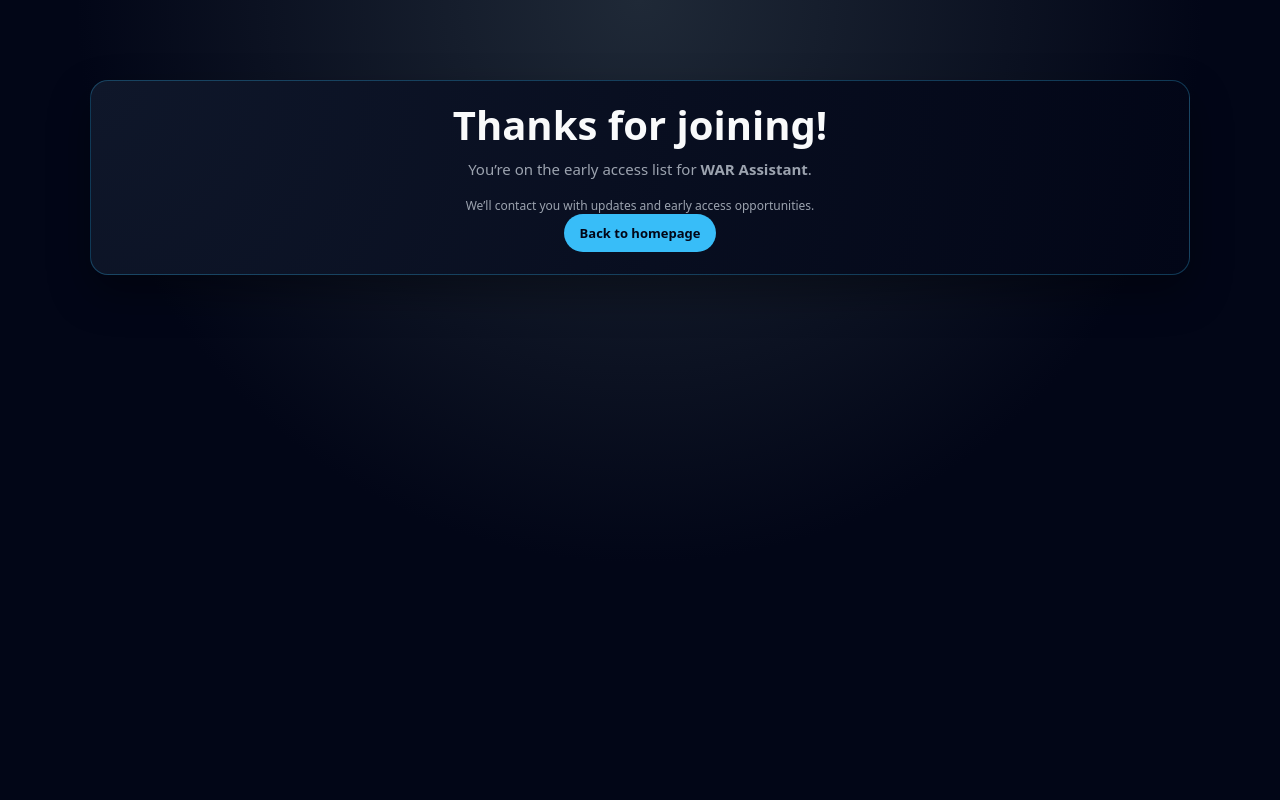
Repository: ggonzalezdal/war-assistant-landing-page
Page: thanks.html
These files come from the project's save history. The page is drawn as it stood at one moment and after the next save; the edit follows.
The browser window is 1280 px wide. The pictures show the whole page.

Above is the page before, as saved 2025-12-21 21:22:36.

### thanks.html
<!DOCTYPE html>
<html lang="en-US">
  <head>
    <meta charset="utf-8" />
    <meta name="viewport" content="width=device-width, initial-scale=1.0" />

    <title>Thanks — WAR Assistant</title>

    <meta
      name="description"
      content="Thanks for joining the WAR Assistant early access list."
    />

    <link rel="stylesheet" href="css/styles.css" />
  </head>

  <body>
    <main class="main">
      <section
        class="section section-cta"
        style="margin-top: 80px; text-align: center"
      >
        <h1>Thanks for joining!</h1>

        <p class="subhead">
          You’re on the early access list for <strong>WAR Assistant</strong>.
        </p>

        <p class="micro">
          We’ll contact you with updates and early access opportunities.
        </p>

        <a class="btn btn-primary" href="index.html"> Back to homepage </a>
      </section>
    </main>
  </body>
</html>

### css/styles.css
:root {
  --bg: #0b1017;
  --panel: #111827;
  --text: #f9fafb;
  --muted: #9ca3af;
  --border: rgba(148, 163, 184, 0.22);
  --accent: #38bdf8;
  --accent-soft: rgba(56, 189, 248, 0.14);
  --radius: 18px;
  --shadow: 0 18px 40px rgba(0, 0, 0, 0.35);
  --font: system-ui, -apple-system, Segoe UI, Roboto, sans-serif;
  --font-brand: "Exo 2", system-ui, sans-serif;
  --font-brand2: "Rajdhani", system-ui, sans-serif;

  --footer-h: 75px;
}

*,
*::before,
*::after {
  box-sizing: border-box;
}

body {
  margin: 0;
  min-height: 100vh;
  font-family: var(--font);
  color: var(--text);
  background: radial-gradient(circle at top, #1f2937, #020617 55%);
}

/* Layout */

.header,
.main,
.footer {
  width: min(1100px, calc(100% - 40px));
  margin: 0 auto;

  padding-bottom: calc(var(--footer-h) + 24px);
}

.header {
  display: flex;
  align-items: center;
  justify-content: space-between;
  padding: 18px 0;
}

.app-logo {
  display: flex;
  align-items: center;
  gap: 8px;
  font-size: 1.4rem;
  font-weight: 600;
}

.logo-icon {
  width: 100px; /* adjust size */
  height: 100px;
}

/* Container for logo text */
.logo-text {
  display: flex;
  flex-direction: column;
  line-height: 1.1;
}

/* Main brand name */
.logo-name {
  font-family: var(--font-brand);
  font-size: 1.35rem;
  font-weight: 600;
  letter-spacing: 0.4px;
  color: #fff;
}

/* Subtitle below */
.logo-subtitle {
  font-size: 0.75rem;
  font-weight: 400;
  font-family: var(--font-brand);
  color: var(--text-muted);
  margin-top: 2px;
}

.header-link {
  font-family: var(--font-brand2);

  text-decoration: none;
  color: var(--text);
  font-size: 13px;
  padding: 10px 14px;
  border: 1px solid var(--border);
  border-radius: 999px;
  transition: 0.15s ease;
}

.header-link:hover {
  background: rgba(15, 23, 42, 0.65);
}

/* Hero */

.hero {
  display: grid;
  grid-template-columns: minmax(0, 1.1fr) minmax(0, 0.9fr);
  gap: 22px;
  align-items: start;
  padding: 22px 0 14px;
}

h1 {
  margin: 0 0 10px;
  font-size: clamp(28px, 3.3vw, 40px);
  line-height: 1.1;
}

.subhead {
  margin: 0 0 16px;
  color: var(--muted);
  font-size: 15px;
  line-height: 1.6;
}

.bullets {
  margin: 0 0 18px;
  padding-left: 18px;
  color: var(--text);
}

.bullets li {
  margin: 10px 0;
  line-height: 1.5;
}

.cta-row {
  display: flex;
  gap: 10px;
  flex-wrap: wrap;
  margin-bottom: 10px;
}

.micro {
  font-size: 12px;
  color: var(--muted);
  margin: 10px 0 0;
}

/* Buttons */

.btn {
  border: none;
  border-radius: 999px;
  font-size: 13px;
  padding: 10px 16px;
  cursor: pointer;
  text-decoration: none;
  display: inline-flex;
  align-items: center;
  justify-content: center;
  transition: 0.15s ease;
}

.btn-primary {
  background: var(--accent);
  color: #020617;
  font-weight: 700;
}

.btn-primary:hover {
  filter: brightness(1.05);
  transform: translateY(-0.5px);
}

.btn-ghost {
  background: transparent;
  color: var(--muted);
  border: 1px solid rgba(148, 163, 184, 0.6);
}

.btn-ghost:hover {
  background: rgba(15, 23, 42, 0.65);
  color: var(--text);
}

/* Media */

.media-card {
  background: var(--panel);
  border: 1px solid var(--border);
  border-radius: var(--radius);
  box-shadow: var(--shadow);
  overflow: hidden;
}

.media-card img {
  width: 100%;
  height: auto;
  display: block;
}

.media-caption {
  padding: 10px 12px;
  font-size: 12px;
  color: var(--muted);
  border-top: 1px solid rgba(148, 163, 184, 0.12);
}

/* Image lightbox (screenshot zoom) */

.zoomable {
  cursor: zoom-in;
}

.zoomable:hover {
  filter: brightness(1.05);
}

.lightbox {
  position: fixed;
  inset: 0;
  background: rgba(2, 6, 23, 0.92);
  display: flex;
  align-items: center;
  justify-content: center;
  z-index: 9999;
  padding: 24px;
}

.lightbox.hidden {
  display: none;
}

.lightbox img {
  max-width: 100%;
  max-height: 100%;
  border-radius: 14px;
  box-shadow: 0 30px 80px rgba(0, 0, 0, 0.8);
  cursor: zoom-out;
}

/* Sections */

.section {
  padding: 26px 0;
}

.section h2 {
  margin: 0 0 10px;
  font-size: 20px;
  font-family: var(--font-brand2);
  letter-spacing: 0.3px;
}

.steps {
  display: grid;
  grid-template-columns: repeat(3, minmax(0, 1fr));
  gap: 14px;
}

.step {
  background: var(--panel);
  border: 1px solid var(--border);
  border-radius: var(--radius);
  box-shadow: var(--shadow);
  padding: 14px 14px 16px;
  display: flex;
  gap: 12px;
}

.step-number {
  width: 32px;
  height: 32px;
  border-radius: 10px;
  display: grid;
  place-items: center;
  background: #020617;
  border: 1px solid rgba(148, 163, 184, 0.28);
  color: var(--accent);
  font-weight: 700;
  flex: 0 0 auto;
}

.step-body h3 {
  margin: 0 0 6px;
  font-size: 14px;
}

.step-body p {
  margin: 0;
  font-size: 13px;
  color: var(--muted);
  line-height: 1.5;
}

/* Form */

.section-cta {
  margin-top: 10px;
  background: radial-gradient(circle at top left, #0f172a, #020617);
  border-radius: var(--radius);
  padding: 22px;
  border: 1px solid rgba(56, 189, 248, 0.28);
  box-shadow: var(--shadow);
}

.form {
  margin-top: 10px;
}

.label {
  display: block;
  font-size: 12px;
  color: var(--muted);
  margin-bottom: 6px;
}

.form-row {
  display: flex;
  gap: 10px;
  flex-wrap: wrap;
}

input[type="email"] {
  flex: 1 1 260px;
  border-radius: 999px;
  border: 1px solid rgba(148, 163, 184, 0.38);
  background: #020617;
  color: var(--text);
  padding: 10px 12px;
  font-size: 13px;
  outline: none;
}

input[type="email"]:focus {
  border-color: rgba(56, 189, 248, 0.65);
  box-shadow: 0 0 0 4px rgba(56, 189, 248, 0.12);
}
/*
.form-feedback {
  margin: 10px 0 0;
  font-size: 13px;
  color: var(--text);
}
*/
.form-feedback {
  opacity: 0;
  transition: opacity 0.25s ease;
}

.form-feedback:not(:empty) {
  opacity: 1;
}

#early-access {
  scroll-margin-bottom: calc(var(--footer-h) + 16px);
}

/* Footer */

.app-footer {
  position: fixed;
  bottom: 0;
  left: 0;
  right: 0;
  height: var(--footer-h);
  padding: 8px 16px;

  background: linear-gradient(
    180deg,
    rgba(13, 26, 38, 0.9) 0%,
    rgba(10, 18, 28, 0.97) 50%,
    rgba(7, 14, 25, 1) 100%
  );

  border-top: 1px solid rgba(77, 214, 185, 0.25);

  display: flex;
  flex-direction: column;
  justify-content: center;
  align-items: center;

  text-align: center;
  z-index: 999;
}

.footer-top {
  font-size: 0.9rem;
  color: #d1d5db;
  font-weight: 600;
  margin-bottom: 4px;
}

.footer-brand {
  font-family: var(--font-brand);
  font-size: 1.1rem;
  color: #4dd6b9;
}

.footer-dot {
  margin: 0 6px;
  color: #6b7280;
}

.footer-venue {
  font-family: var(--font-brand2);
  font-size: 0.9rem;
  color: #e5e7eb;
}

.footer-social {
  display: flex;
  gap: 14px;
  margin-bottom: 4px;
}

.footer-social img {
  width: 18px;
  height: 18px;
  opacity: 0.75;
  transition: opacity 0.2s ease;
}

.footer-social img:hover {
  opacity: 1;
}

.footer-bottom {
  font-size: 0.7rem;
  color: #9ca3af;
  opacity: 0.75;
}

.footer-social img {
  width: 18px;
  height: 18px;
  opacity: 0.8;
  transition: 0.25s ease;
  filter: drop-shadow(0 0 0px #4dd6b9);
}

.footer-social img:hover {
  opacity: 1;
  filter: drop-shadow(0 0 6px #4dd6b9);
}

.footer-link {
  color: #9ca3af;
  text-decoration: none;
}

.footer-link:hover {
  color: #e5e7eb;
  text-decoration: underline;
}

/* Responsive */

@media (max-width: 900px) {
  .hero {
    grid-template-columns: 1fr;
  }

  .steps {
    grid-template-columns: 1fr;
  }
}

@media (max-width: 700px) {
  .app-footer {
    position: static;
    height: auto;
  }

  .main {
    padding-bottom: 24px;
  }
}

After the next save:
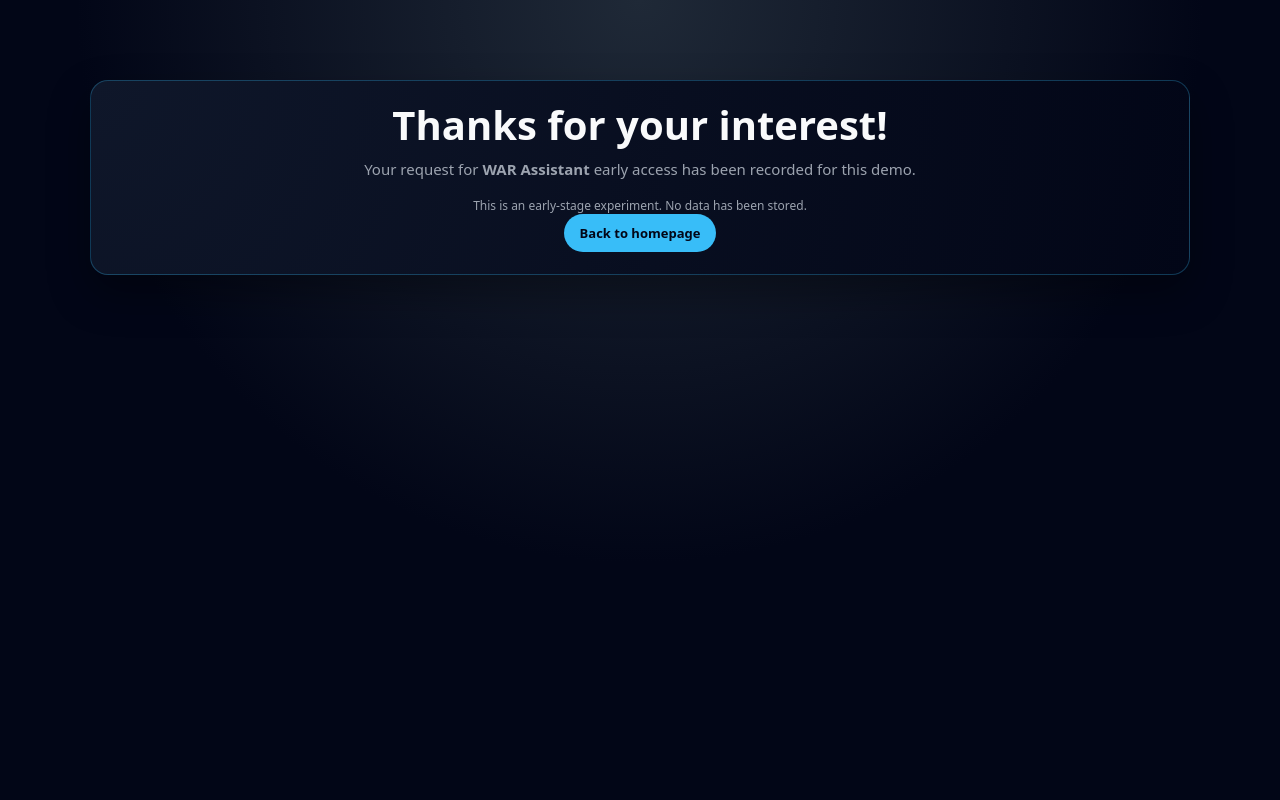
Saved 3 min 43 s later.
--- a/thanks.html
+++ b/thanks.html
@@ -20,14 +20,15 @@
         class="section section-cta"
         style="margin-top: 80px; text-align: center"
       >
-        <h1>Thanks for joining!</h1>
+        <h1>Thanks for your interest!</h1>
 
         <p class="subhead">
-          You’re on the early access list for <strong>WAR Assistant</strong>.
+          Your request for <strong>WAR Assistant</strong> early access has been
+          recorded for this demo.
         </p>
 
         <p class="micro">
-          We’ll contact you with updates and early access opportunities.
+          This is an early-stage experiment. No data has been stored.
         </p>
 
         <a class="btn btn-primary" href="index.html"> Back to homepage </a>
